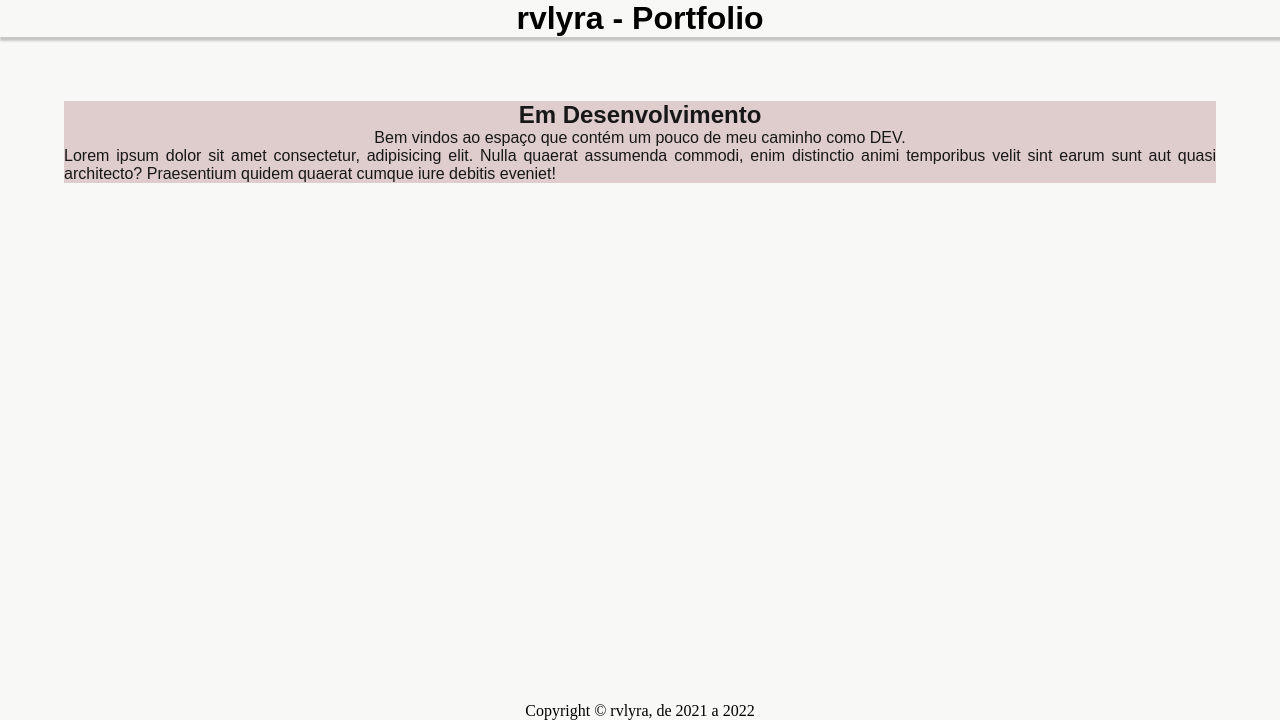
Repository: rvlyra/splash-screen-rvlyra
Page: Portfolio-RVLYRA/public/index.html
The author's editor kept a copy of each file at every save. The page is drawn from the files as they stood at one save, then again after the next save.
The browser window is 1280 px wide. The pictures show the whole page.
Some web fonts or font styles are not loaded; a fallback is used.

Above is the page before, as saved 2022-07-06 09:37:52.

### Portfolio-RVLYRA/public/index.html
<!DOCTYPE html>
<html lang="en">
<head>
    <meta charset="UTF-8">
    <meta http-equiv="X-UA-Compatible" content="IE=edge">
    <meta name="viewport" content="width=device-width, initial-scale=1.0">
    <link rel="stylesheet" href="../assets/src/css/rl.main.css">
    <title>rvlyra @ Portfolio</title>
</head>
<body>
    <main>

        <header class="header">
            <h1>rvlyra - Portfolio</h1>
        </header>

        <section class="sec-one">
            <h2>Em Desenvolvimento</h2>
            <p>Bem vindos ao espaço que contém um pouco de meu caminho como DEV.</p>
            <p>Lorem ipsum dolor sit amet consectetur, adipisicing elit. Nulla quaerat assumenda commodi, enim distinctio animi temporibus velit sint earum sunt aut quasi architecto? Praesentium quidem quaerat cumque iure debitis eveniet!</p>
        </section>
        <section></section>
        <section></section>


    </main>
    <footer class="footer">
        <p>Copyright © rvlyra, de 2021 a <span id="ano"></span></p>
    </footer>


      <script src="../assets/src/js/rl.main.js"></script>
</body>
</html>

### Portfolio-RVLYRA/assets/src/css/rl.main.css
@import url('https://fonts.googleapis.com/css2?family=Mingzat&display=swap');

* {
    margin: 0;
    padding: 0;
    box-sizing: border-box;
}

.header {
    font-family: 'Mingzat', sans-serif;
    display:flex;
    justify-content:center;
    align-items:center;
    box-shadow: 2px 2px 2px 2px rgba(0, 0, 0, 0.2);
}

main {
    background-color: rgb(248, 248, 247);
    width:100vw;
    height:100vh;
}

.sec-one {
    font-family: 'Mingzat', sans-serif;
    display:flex;
    justify-content:space-evenly;
    align-items:center;
    flex-direction: column;
    color: rgb(24, 23, 23);
    text-align: justify;
    margin: 5%;

    background-color:rgb(223, 205, 205);

}

.footer {
    width: 100%;
    bottom: 0;
    position: fixed;
    text-align: center;
}

### Portfolio-RVLYRA/assets/src/js/rl.main.js
const ano = document.getElementById("ano");
const anoAtual = new Date();
ano.innerHTML = anoAtual.getFullYear();

After the next save:
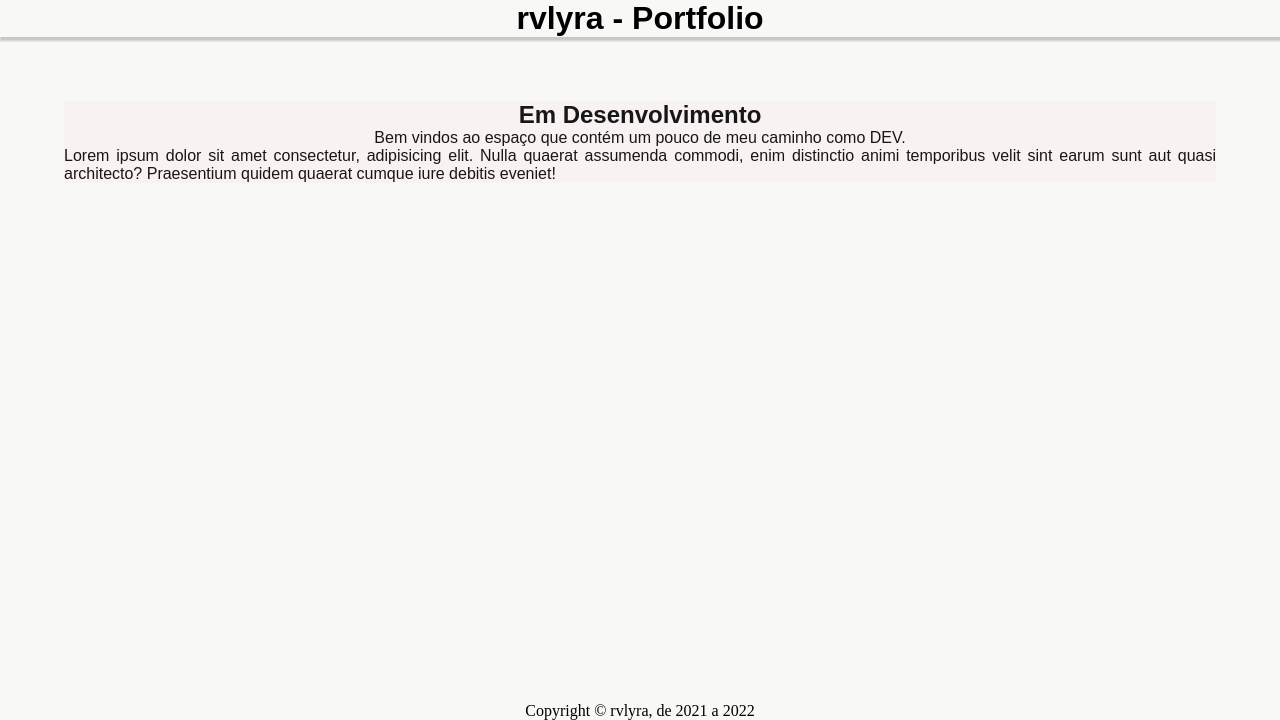
Saved 11 s later.
--- a/Portfolio-RVLYRA/assets/src/css/rl.main.css
+++ b/Portfolio-RVLYRA/assets/src/css/rl.main.css
@@ -30,7 +30,7 @@ main {
     text-align: justify;
     margin: 5%;
 
-    background-color:rgb(223, 205, 205);
+    background-color:rgb(248, 242, 242);
 
 }
 
